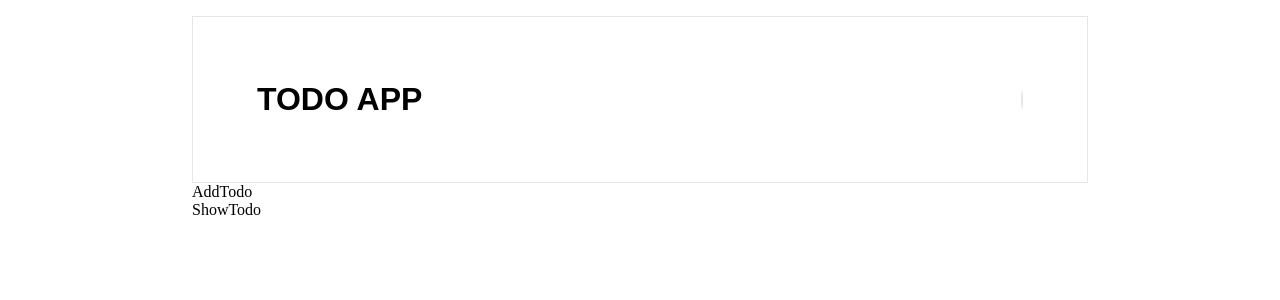
Repository: michalmilek/TodoApp
Page: /
The author's editor kept a copy of each file at every save. The page is drawn from the files as they stood at one save, then again after the next save.
The browser window is 1280 px wide. The pictures show the whole page.
Some web fonts or font styles are not loaded; a fallback is used. The project was rebuilt for these pictures with package versions that can differ from the ones it lists, and the page was loaded fresh each time. Also part of the build but not shown: vite.config.js.

Above is the page before, as saved 2023-02-01 13:18:20.

### src/App.jsx
import { useState } from "react";
import "./App.css";
import AddTodo from "./components/AddTodo";
import Header from "./components/Header";
import ShowTodo from "./components/ShowTodo";

function App() {
  return (
    <div className="App">
      <Header />
      <AddTodo />
      <ShowTodo />
    </div>
  );
}

export default App;

### src/index.css
@import url(https://fonts.googleapis.com/css?family=Poppins:100,100italic,200,200italic,300,300italic,regular,italic,500,500italic,600,600italic,700,700italic,800,800italic,900,900italic);
@import url(https://fonts.googleapis.com/css?family=Texturina:100,200,300,regular,500,600,700,800,900,100italic,200italic,300italic,italic,500italic,600italic,700italic,800italic,900italic);

*{
  box-sizing: border-box;
  margin: 0;
  padding: 0;
}

body{
  display: flex;
  flex-direction: column;
  align-items: center;
  justify-content: center;
}

### src/App.css
header{
  display: flex;
  justify-content: space-between;
  align-items: center;
  width: 70vw;
  margin-top: 1rem;
  padding: 4rem;
  border: 1px solid rgb(230, 230, 230);
}

  .logo{
    font-family: 'Texturina', sans-serif;
  }

  .light{
    border-radius: 50%;
    border: 1px solid rgb(230, 230, 230);
    background: #fff;
    height: 20px;
    width: 20px;
    content: '';
  }

### src/components/AddTodo.jsx
import React from "react";

const AddTodo = () => {
  return <div>AddTodo</div>;
};

export default AddTodo;

### src/components/Header.jsx
import React from "react";

const Header = () => {
  return (
    <header>
      <div className="logo">
        <h1>TODO APP</h1>
      </div>
      <div className="themeSelector">
        <span className="light"></span>
        <span className="medium"></span>
        <span className="dark"></span>
        <span className="g1"></span>
        <span className="g2"></span>
        <span className="g3"></span>
      </div>
    </header>
  );
};

export default Header;

### src/components/ShowTodo.jsx
import React from "react";

const ShowTodo = () => {
  return <div>ShowTodo</div>;
};

export default ShowTodo;

Loaded but not shown: index.html (common file); src/main.jsx (common file)

After the next save:
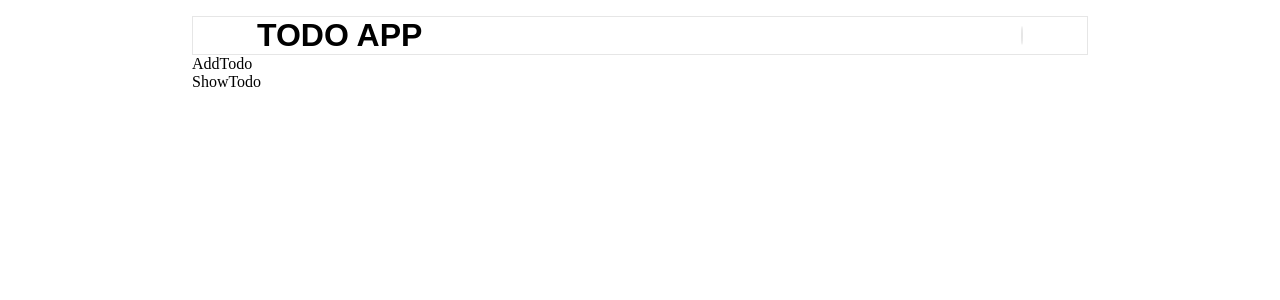
Saved 5 s later.
--- a/src/App.css
+++ b/src/App.css
@@ -4,7 +4,7 @@ header{
   align-items: center;
   width: 70vw;
   margin-top: 1rem;
-  padding: 4rem;
+  padding: 0 4rem;
   border: 1px solid rgb(230, 230, 230);
 }
 
